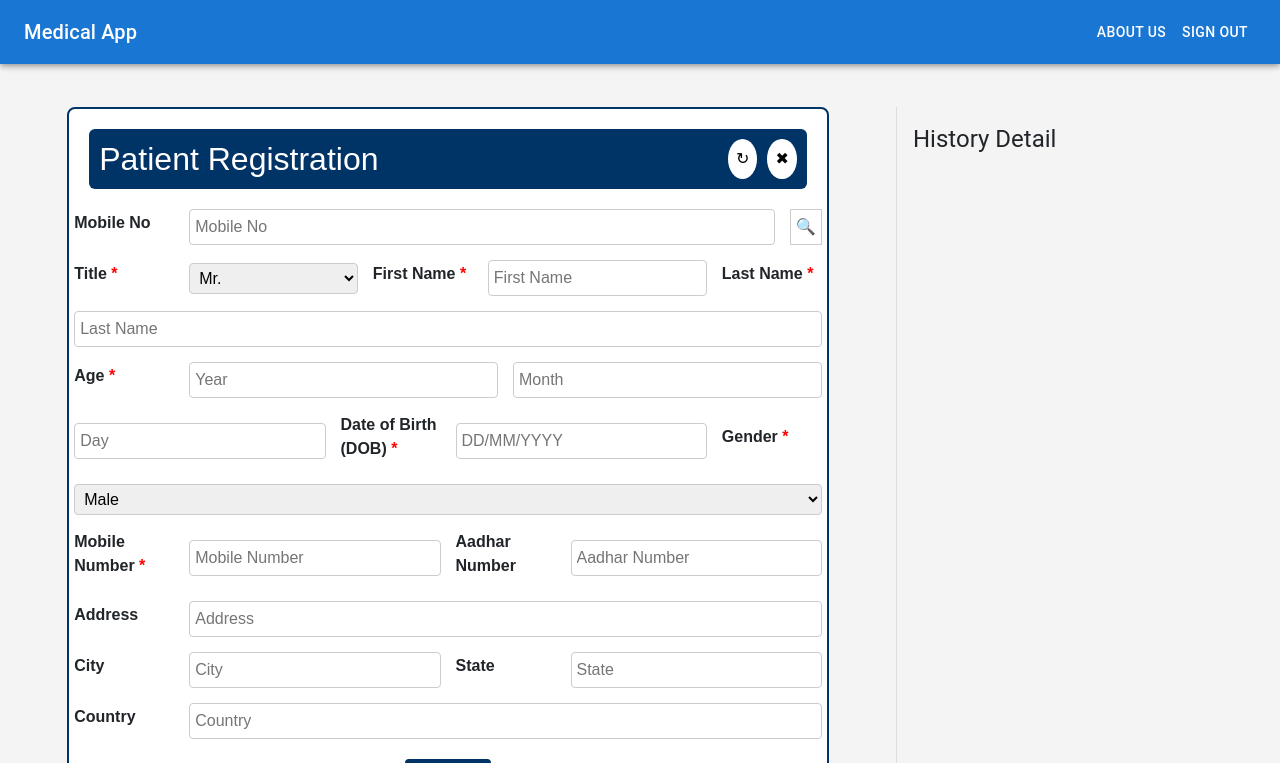
Repository: sshaiv/demo_project
Page: /
The author's editor kept a copy of each file at every save. The page is drawn from the files as they stood at one save, then again after a run of saves.
The browser window is 1280 px wide. The pictures show the whole page.
An inner scrolling area shows only its first screen. The project was rebuilt for these pictures with package versions that can differ from the ones it lists, and the page was loaded fresh each time.

Above is the page before, as saved 2024-08-12 23:19:41.

After the next 3 saves:
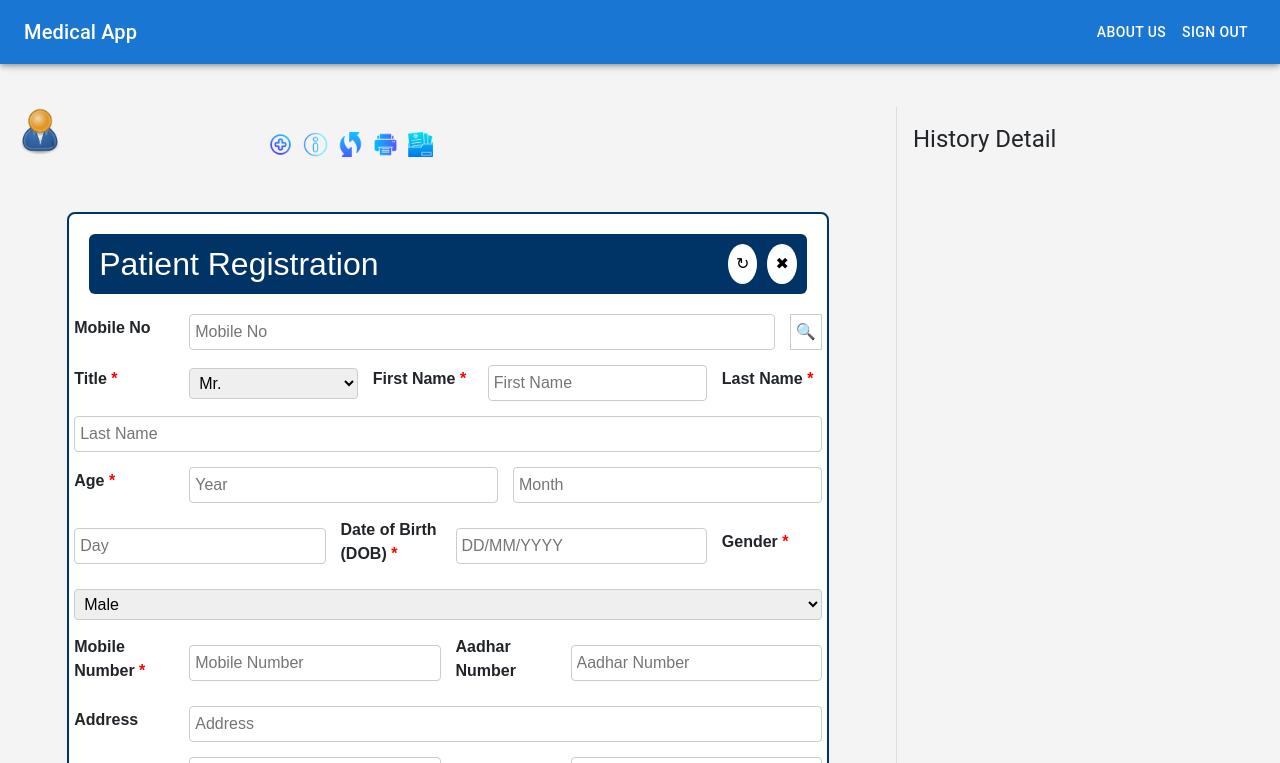
The 3 saves are shown as one change because 2 did not build or start.
The last was saved 18 s later.
--- a/src/components/LeftSection.jsx
+++ b/src/components/LeftSection.jsx
@@ -12,8 +12,8 @@ const LeftSection = () => {
 
   return (
     <>
-    {showLogin? <LoginPopup  setShowLogin={setShowLogin}/>:<></>}
-      <AddPatient  />
+    {showLogin? <AddPatient  setShowLogin={setShowLogin}/>:<></>}
+
      <div>
       <NursingHeader />
       </div>
